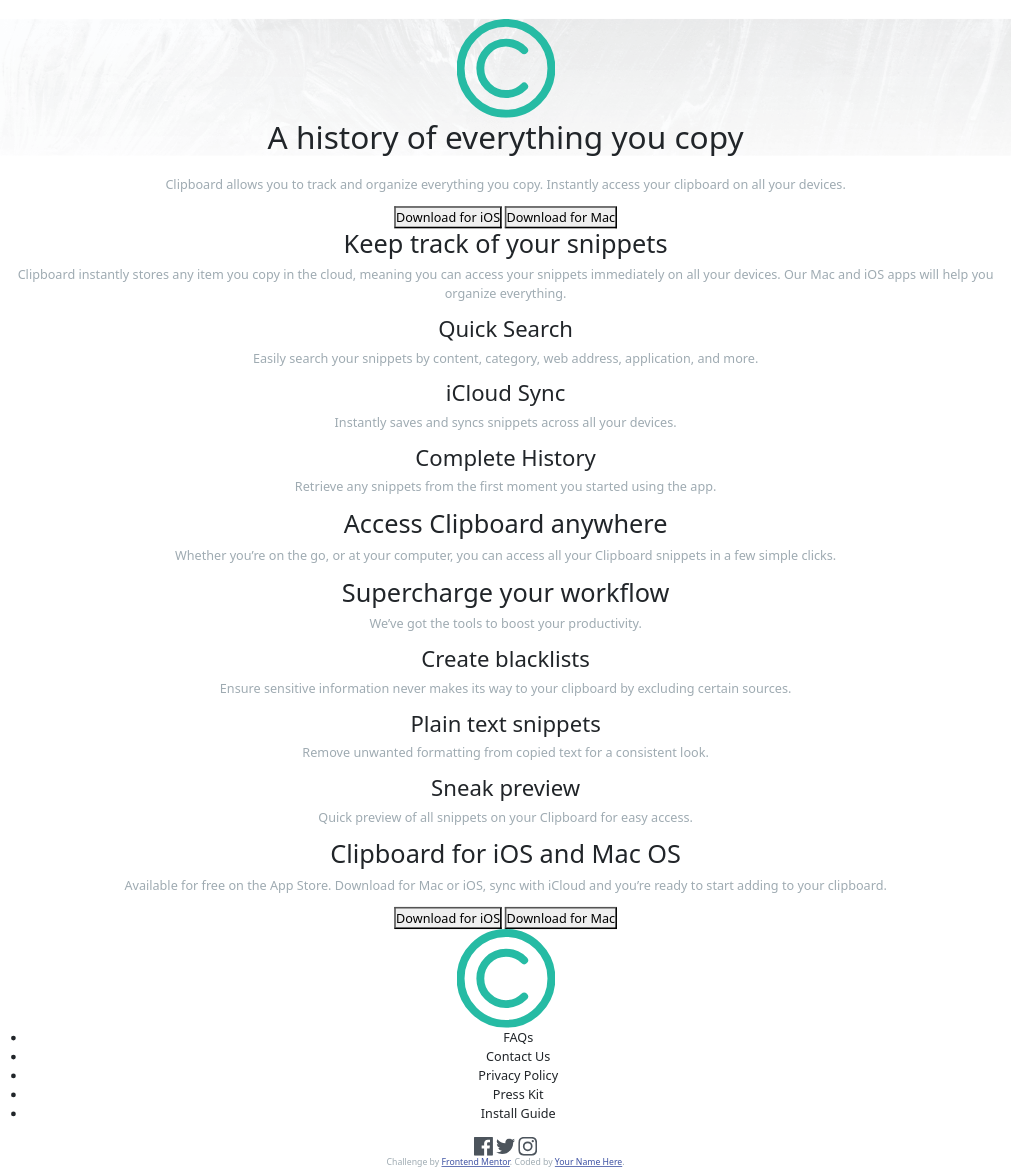
Repository: blordeus/clipboard-landing-page-master
Page: index.html
The author's editor kept a copy of each file at every save. The page is drawn from the files as they stood at one save, then again after the next save.
The browser window is 1280 px wide. The pictures show the whole page, at 79% of full size.
Some web fonts or font styles are not loaded; a fallback is used. The style sheet was rebuilt from its Sass, Less or Tailwind sources for each picture, by a compiler version that may differ from the author's.

Above is the page before, as saved 2023-09-04 11:19:38.

### index.html
<!DOCTYPE html>
<html lang="en">
<head>
  <meta charset="UTF-8">
  <meta name="viewport" content="width=device-width, initial-scale=1.0"> <!-- displays site properly based on user's device -->

  <link rel="icon" type="image/png" sizes="32x32" href="./images/favicon-32x32.png">
  <link rel="stylesheet" href="style.css">
  <link href="https://cdn.jsdelivr.net/npm/bootstrap@5.3.1/dist/css/bootstrap.min.css" rel="stylesheet" integrity="sha384-4bw+/aepP/YC94hEpVNVgiZdgIC5+VKNBQNGCHeKRQN+PtmoHDEXuppvnDJzQIu9" crossorigin="anonymous">
  <title>Frontend Mentor | Clipboard landing page</title>

</head>
<body>
<main class="text-center">
    <header class="background my-4">
      <img src="./images/logo.svg" alt="">
      <h1>A history of everything you copy</h1>
    </header>

    <p>
      Clipboard allows you to track and organize everything you
      copy. Instantly access your clipboard on all your devices.
    </p>

    <div>
      <button>Download for iOS</button>
      <button>Download for Mac</button>
    </div>

    <h2>Keep track of your snippets</h2>

    <p>
      Clipboard instantly stores any item you copy in the cloud,
      meaning you can access your snippets immediately on all your
      devices. Our Mac and iOS apps will help you organize everything.
    </p>

    <section>
      <h3>Quick Search</h3>
      <p>Easily search your snippets by content, category, web address, application, and more.</p>
      <h3>iCloud Sync</h3>
      <p>Instantly saves and syncs snippets across all your devices.</p>
      <h3>Complete History</h3>
      <p>Retrieve any snippets from the first moment you started using the app.</p>
    </section>

    <h2>Access Clipboard anywhere</h2>

    <p>
      Whether you’re on the go, or at your computer, you can access all your Clipboard
      snippets in a few simple clicks.
    </p>

    <h2>Supercharge your workflow</h2>

    <p>We’ve got the tools to boost your productivity.</p>

    <section>
      <h3>Create blacklists</h3>
      <p>Ensure sensitive information never makes its way to your clipboard by excluding certain sources.</p>
      <h3>Plain text snippets</h3>
      <p>Remove unwanted formatting from copied text for a consistent look.</p>
      <h3>Sneak preview</h3>
      <p>Quick preview of all snippets on your Clipboard for easy access.</p>
    </section>

    <h2>Clipboard for iOS and Mac OS</h2>

    <p>
      Available for free on the App Store. Download for Mac or iOS, sync with iCloud
      and you’re ready to start adding to your clipboard.
    </p>

    <button>Download for iOS</button>
    <button>Download for Mac</button>

    <section>
      <img src="./images/logo.svg" alt="">
      <ul>
        <li>FAQs</li>
        <li>Contact Us</li>
        <li>Privacy Policy</li>
        <li>Press Kit</li>
        <li>Install Guide</li>
      </ul>
      <div class="icons">
        <img src="./images/icon-facebook.svg" alt="">
        <img src="./images/icon-twitter.svg" alt="">
        <img src="./images/icon-instagram.svg" alt="">
      </div>
    </section>

    <footer>
      <p class="attribution">
        Challenge by <a rel= "noopener" href="https://www.frontendmentor.io?ref=challenge" target="_blank">Frontend Mentor</a>.
        Coded by <a href="#">Your Name Here</a>.
      </p>
    </footer>
</main>
</body>
</html>

### style.scss
@import url('https://fonts.googleapis.com/css2?family=Bai+Jamjuree:wght@400;600&family=Karla:wght@400;700&display=swap');

:root{
--Strong-Cyan: hsl(171, 66%, 44%);
--Light-Blue: hsl(233, 100%, 69%);
--Dark-Grayish-Blue: hsl(210, 10%, 33%);
--Grayish-Blue: hsl(201, 11%, 66%);

}
//reset
* {
    margin: 0;
    padding: 0;
    box-sizing: border-box;
}

body {
    font-family: 'Bai Jamjuree', sans-serif;
    background-color: hsl(204, 43%, 93%);
    font-size: 18px;
    height: 100vh;
    width: 100vw;
}

p {
    color: var(--Grayish-Blue);
}

//button
.btn-cyan {
    background-color: var(--Strong-Cyan);
    color: white;
    padding: 1rem;
    border-radius: 5px;
    border: none;
    cursor: pointer;
}

.background {
    background-image: url(./images/bg-header-mobile.png);
    background-repeat: no-repeat;
    background-size: cover;
    background-position: center;
    height: 100%;
    width: 100%;
}

.attribution { font-size: 11px; text-align: center; }
.attribution a { color: hsl(228, 45%, 44%); }

//media query for 900px
@media screen and (min-width: 900px) {
    .background {
        background-image: url(./images/bg-header-desktop.png);
    }
}

After the next save:
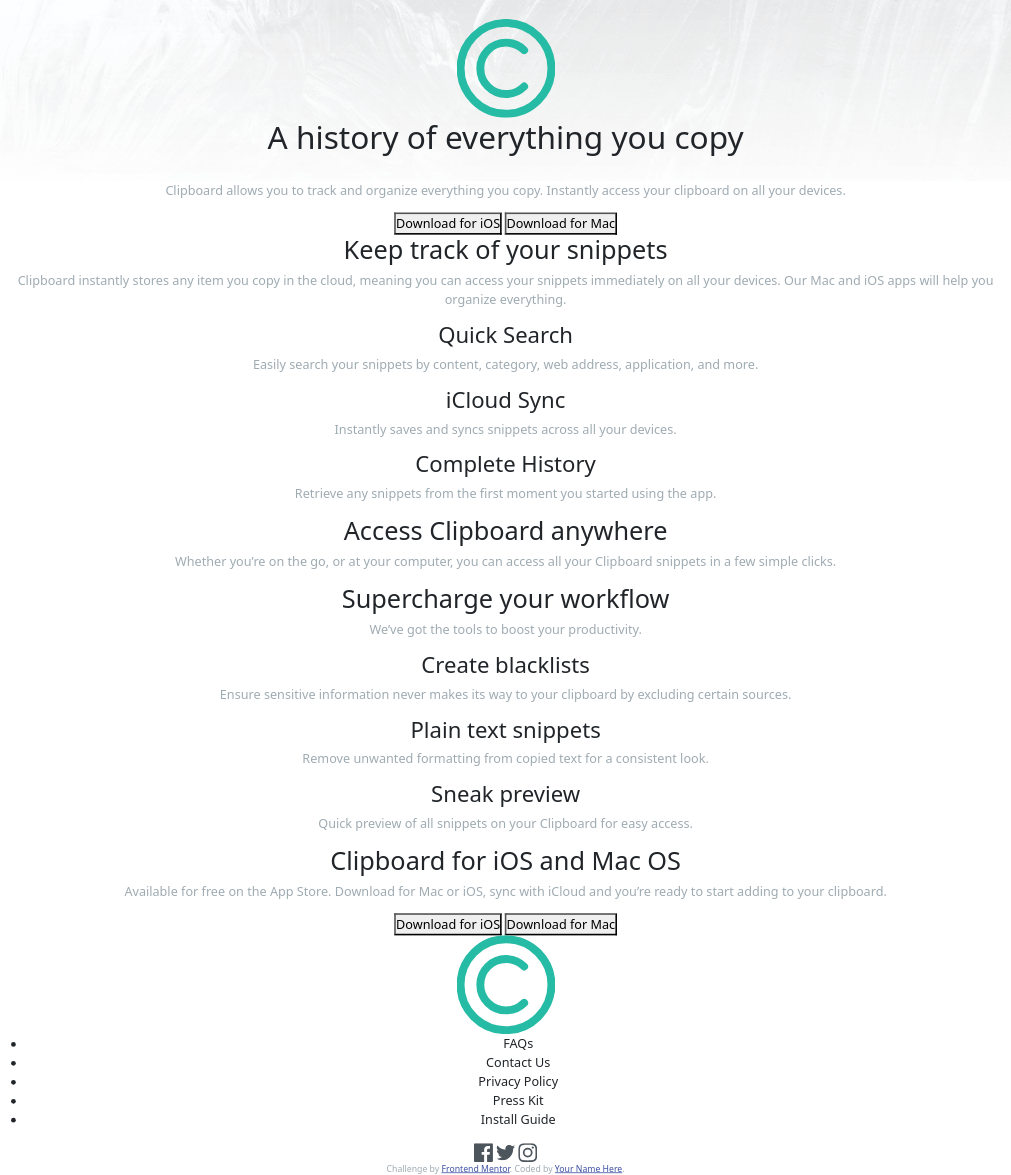
Saved 6 s later.
--- a/index.html
+++ b/index.html
@@ -12,7 +12,7 @@
 </head>
 <body>
 <main class="text-center">
-    <header class="background my-4">
+    <header class="background py-4">
       <img src="./images/logo.svg" alt="">
       <h1>A history of everything you copy</h1>
     </header>
